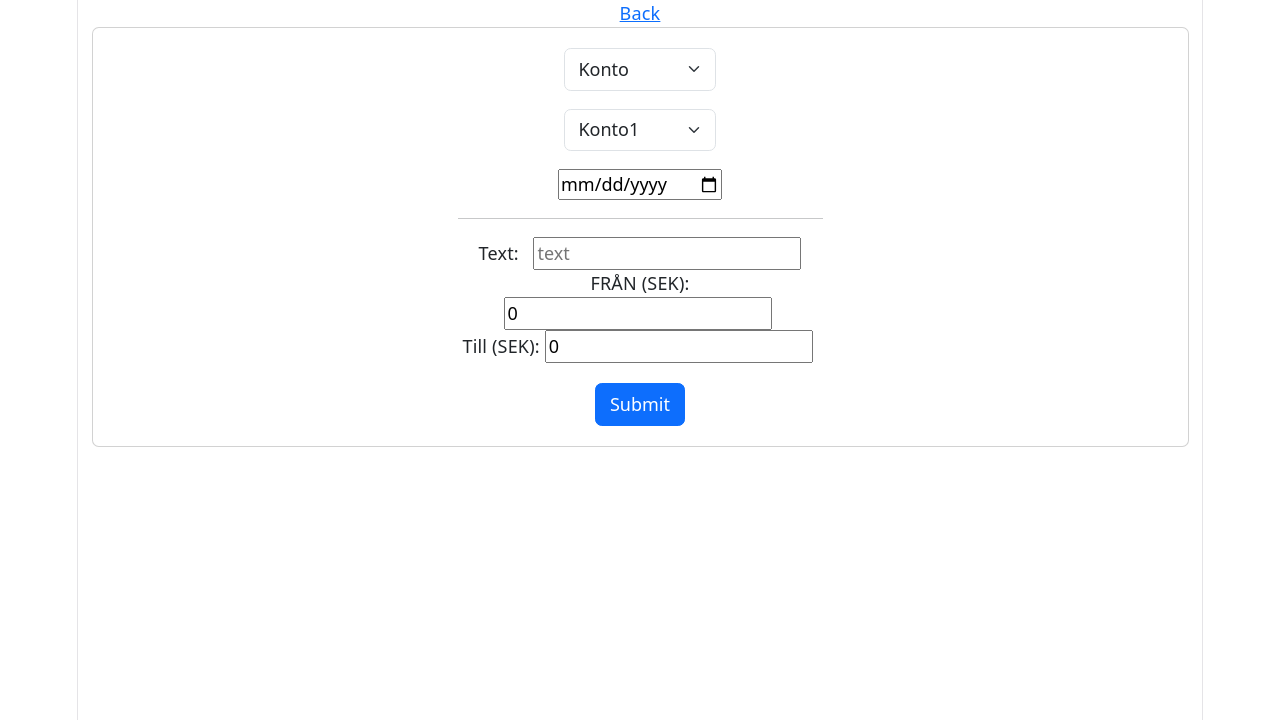
Repository: supply24/kidsaccount
Page: /action
The author's editor kept a copy of each file at every save. The page is drawn from the files as they stood at one save, then again after the next save.
The browser window is 1280 px wide. The pictures show the whole page.
The page's requests for data from a server got no answer. The project was rebuilt for these pictures with package versions that can differ from the ones it lists, and the page was loaded fresh each time. No one was signed in, and anything a server would have sent is missing. Also part of the build but not shown: vite.config.js, src/App.css, src/App.jsx, src/Homing.jsx, src/Emilia.jsx, src/Alexander.jsx.

Above is the page before, as saved 2026-08-01 12:54:24.

### index.html
<!doctype html>
<html lang="en">
  <head>
    <meta charset="UTF-8" />
    <link rel="icon" type="image/svg+xml" href="/favicon.svg" />
    <meta name="viewport" content="width=device-width, initial-scale=1.0" />
    <title>accounter</title>
    <link
  rel="stylesheet"
  href="https://cdn.jsdelivr.net/npm/bootstrap@5.3.5/dist/css/bootstrap.min.css"
  integrity="sha384-SgOJa3DmI69IUzQ2PVdRZhwQ+dy64/BUtbMJw1MZ8t5HZApcHrRKUc4W0kG879m7"
  crossorigin="anonymous"
/>
  </head>
  <body>
    <div id="root"></div>
    <script type="module" src="/src/main.jsx"></script>
  </body>
</html>

### src/main.jsx
import { StrictMode } from 'react'
import { createRoot } from 'react-dom/client'
import { createBrowserRouter, RouterProvider } from 'react-router-dom'
import './index.css'
import App from './App.jsx'
import Homing from "./Homing.jsx"
import Actions from "./Actions.jsx"
import Emilia from "./Emilia.jsx"
import Alexander from "./Alexander.jsx"

const router = createBrowserRouter ([
{path:"/",
  element:<Homing/>
}  ,
{path:"/action",
  element:<Actions/>
},
{path:"/emlia",
  element:<Emilia/>
},
{path:"/alex",
  element:<Alexander/>
}
])

createRoot(document.getElementById('root')).render(
  <StrictMode>
    <RouterProvider router={router}/>
  </StrictMode>,
)

### src/index.css
:root {
  --text: #6b6375;
  --text-h: #08060d;
  --bg: #fff;
  --border: #e5e4e7;
  --code-bg: #f4f3ec;
  --accent: #aa3bff;
  --accent-bg: rgba(170, 59, 255, 0.1);
  --accent-border: rgba(170, 59, 255, 0.5);
  --social-bg: rgba(244, 243, 236, 0.5);
  --shadow:
    rgba(0, 0, 0, 0.1) 0 10px 15px -3px, rgba(0, 0, 0, 0.05) 0 4px 6px -2px;

  --sans: system-ui, 'Segoe UI', Roboto, sans-serif;
  --heading: system-ui, 'Segoe UI', Roboto, sans-serif;
  --mono: ui-monospace, Consolas, monospace;

  font: 18px/145% var(--sans);
  letter-spacing: 0.18px;
  color-scheme: light dark;
  color: var(--text);
  background: var(--bg);
  font-synthesis: none;
  text-rendering: optimizeLegibility;
  -webkit-font-smoothing: antialiased;
  -moz-osx-font-smoothing: grayscale;

  @media (max-width: 1024px) {
    font-size: 16px;
  }
}

@media (prefers-color-scheme: dark) {
  :root {
    --text: #9ca3af;
    --text-h: #f3f4f6;
    --bg: #16171d;
    --border: #2e303a;
    --code-bg: #1f2028;
    --accent: #c084fc;
    --accent-bg: rgba(192, 132, 252, 0.15);
    --accent-border: rgba(192, 132, 252, 0.5);
    --social-bg: rgba(47, 48, 58, 0.5);
    --shadow:
      rgba(0, 0, 0, 0.4) 0 10px 15px -3px, rgba(0, 0, 0, 0.25) 0 4px 6px -2px;
  }

  #social .button-icon {
    filter: invert(1) brightness(2);
  }
}

body {
  margin: 0;
}

#root {
  width: 1126px;
  max-width: 100%;
  margin: 0 auto;
  text-align: center;
  border-inline: 1px solid var(--border);
  min-height: 100svh;
  display: flex;
  flex-direction: column;
  box-sizing: border-box;
}

h1,
h2 {
  font-family: var(--heading);
  font-weight: 500;
  color: var(--text-h);
}

h1 {
  font-size: 56px;
  letter-spacing: -1.68px;
  margin: 32px 0;
  @media (max-width: 1024px) {
    font-size: 36px;
    margin: 20px 0;
  }
}
h2 {
  font-size: 24px;
  line-height: 118%;
  letter-spacing: -0.24px;
  margin: 0 0 8px;
  @media (max-width: 1024px) {
    font-size: 20px;
  }
}
p {
  margin: 0;
}

code,
.counter {
  font-family: var(--mono);
  display: inline-flex;
  border-radius: 4px;
  color: var(--text-h);
}

code {
  font-size: 15px;
  line-height: 135%;
  padding: 4px 8px;
  background: var(--code-bg);
}

### src/Actions.jsx
import React, {useEffect, useState} from 'react'
import {Col, Row, Button, Form, Container, Card} from "react-bootstrap"
import { createClient } from "@supabase/supabase-js"
import {supabase} from "./data/Export/Supabase.jsx"
import number from "./data/Export/Numbers.jsx"
import {Link} from "react-router-dom"

const Actions = () => {
  const [konto, setKonto]=useState("")
const [konto1, setKonto1]=useState("")
  const [numbers, setNumbers]=useState("")
  const [datetime, setDatetime]=useState("")
  const [kredit, setKredit]=useState(0)
  const [debet, setDebet]=useState(0)
  const [kontox, setKontox]=useState("")
  const [kontox1, setKontox1]=useState("")
  const [accounter, setAccounter]=useState("")
  const [texting, setTexting]=useState("")
 // const [ setSumx ]=useState("")

  const handleNumbers =(e)=>{
    setNumbers(e.target.value)
  }

  const handleDatetime=(e)=>{
    setDatetime(e.target.value)
      }

      const handleKredit = (e)=>{
        setKredit(e.target.value)
      }
      const handleDebet = (e)=>{
        setDebet(e.target.value)
      }

      const handleKontox = (e)=>{
        setKontox(e.target.value)
      }

      const handleKontox1 = (e)=>{
        setKontox1(e.target.value)
      }
      const handleSumx = (e)=>{
        setSumx(e.target.value)
      }
      const handleTexting = (e)=>{
        setTexting(e.target.value)
      }


          useEffect(()=>{
        getCounts()
      },[]
      )

      const payload= [{
    konto :{ debet, kontox}, datetime, texting,
    konto1: {kredit, kontox1}
               }]
      const handleSubmit=async(e)=>{
        e.preventDefault()
          const {data, error} = await supabase.from("Accounting").insert(payload);
          if(error)
            console.error("error yes", error)
            else{
              console.error("konto info", data)
      }}

      async function getCounts(){
        const {data, error} = await supabase.from("Accounting").select("*")
        setAccounter(data)
        console.log("konton hämtade", data ? data: "no fetch")
      }

      function Break () {
        return (
          <div style={{marginTop:"20px"}}></div>)
      }

  return (
    <div>
      <Link to="/">Back</Link>

        <Container>
          <Card>
            <Form onSubmit={handleSubmit}>
              <Col md={4} className="mx-auto" style={{marginTop:"20px"}}>

<Col align="center" md={5} className="mx-auto" style={{marginTop:"20px"}}>
<Form.Group className="mb-3" controlId="formBasicEmail">
  <Form.Select type ="dropdown" onChange={(e)=>setKontox(e.target.value)}>
    <option value={kontox}>Konto</option>
    {number.map((account)=>(
      <option key={account.id}>{account.kontox}</option>
    ))}
  </Form.Select>
</Form.Group>

<Form.Group className="mb-3" controlId="formBasicEmail">
  <Form.Select type ="dropdown" onChange={(e)=>setKontox1(e.target.value)}>
    <option value={kontox1}>Konto1</option>
    {number.map((account)=>(
      <option key={account.id}>{account.kontox1}</option>
    ))}
  </Form.Select>
</Form.Group>
</Col>
<input type="date" value={datetime} onChange={handleDatetime} />
<hr></hr>
 <Col>Text:&nbsp;&nbsp;   <input type="text" value={texting} onChange={handleTexting} placeholder='text'/></Col>

 <Col>FRÅN (SEK): <input type="number" value={kredit} onChange={handleKredit} placeholder='kredit'/>&nbsp;
  </Col>
  <Col>Till (SEK): <input type="number" value={debet} onChange={handleDebet} placeholder='debet'/>&nbsp;
  </Col>

<Col align="center" md  ={4} className="mx-auto" style={{marginTop:"20px"}}>
  </Col>
  </Col>
  <Button type="submit" style={{marginBottom:20}}>Submit</Button>
</Form>
 </Card>
 </Container>


          </div>
  )
}

export default Actions

### src/data/Export/Supabase.jsx
import React from "react";
import {createClient} from '@supabase/supabase-js'

/*
const supabaseUrl = 'https://rfzavnmxfanengjuapns.supabase.co'
//const supabaseKey = process.env.SUPABASE_KEY
const supabaseKey= "eyJhbGciOiJIUzI1NiIsInR5cCI6IkpXVCJ9.eyJpc3MiOiJzdXBhYmFzZSIsInJlZiI6InJmemF2bm14ZmFuZW5nanVhcG5zIiwicm9sZSI6ImFub24iLCJpYXQiOjE3ODQ3NzUzMzMsImV4cCI6MjEwMDM1MTMzM30.uY-HxfNB9RcQpFpu75w03NXVAMYMurzfTEnpVtIfYG8"
const supabase = createClient(supabaseUrl, supabaseKey)
*/

export const supabase = createClient(
    import.meta.env.VITE_SUPABASE_URL,
    import.meta.env.VITE_SUPABASE_PUBLISHABLE_DEFAULT_KEY
)

### src/data/Export/Numbers.jsx
const number = [
    {id:"101", kontox:"128", kontox1:"128",debet:"", kredit:""},
    {id:"201", kontox:"199", kontox1:"199", debet:"", kredit:""},
       {id:"301", kontox:"112", kontox1:"112", debet:"", kredit:""},
           {id:"501", kontox:"562", kontox1:"562", debet:"", kredit:""},
           {id:"601", kontox:"891", kontox1:"891", debet:"", kredit:""}
]

export default number

After the next save:
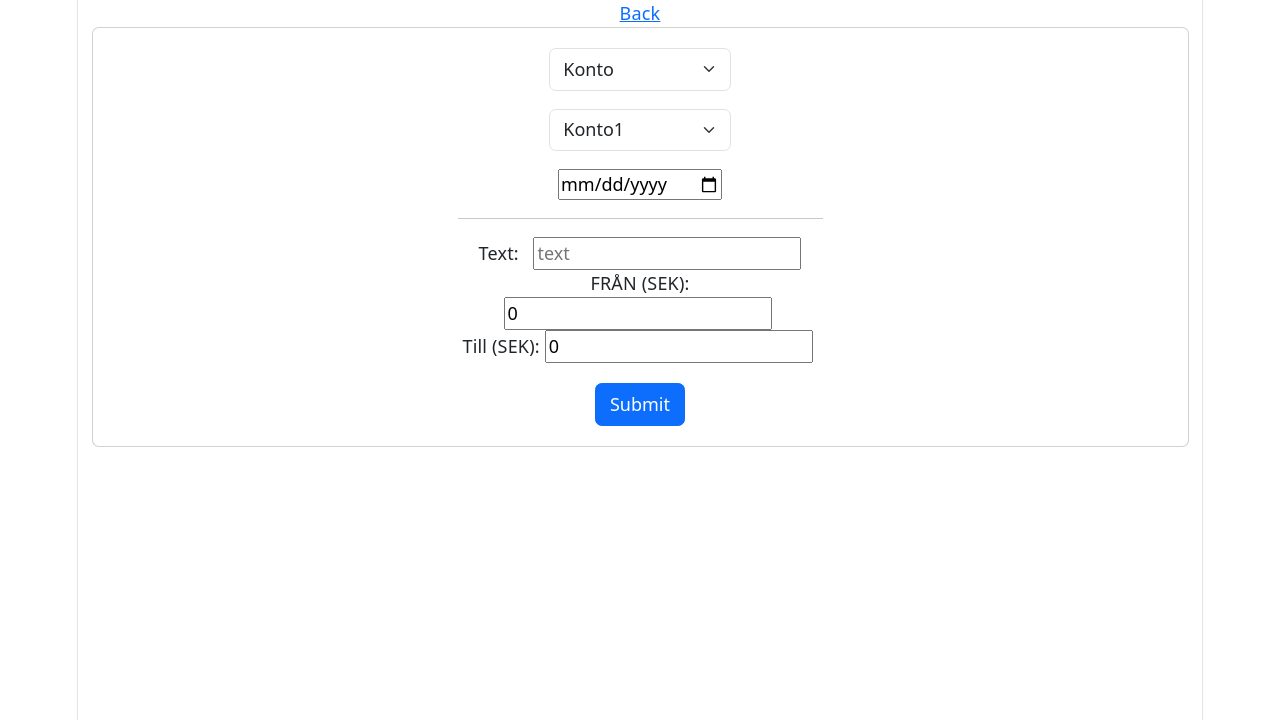
Saved 7 s later.
--- a/src/Actions.jsx
+++ b/src/Actions.jsx
@@ -86,7 +86,7 @@ const [konto1, setKonto1]=useState("")
             <Form onSubmit={handleSubmit}>
               <Col md={4} className="mx-auto" style={{marginTop:"20px"}}>
 
-<Col align="center" md={5} className="mx-auto" style={{marginTop:"20px"}}>
+<Col align="center" md={6} className="mx-auto" style={{marginTop:"20px"}}>
 <Form.Group className="mb-3" controlId="formBasicEmail">
   <Form.Select type ="dropdown" onChange={(e)=>setKontox(e.target.value)}>
     <option value={kontox}>Konto</option>
